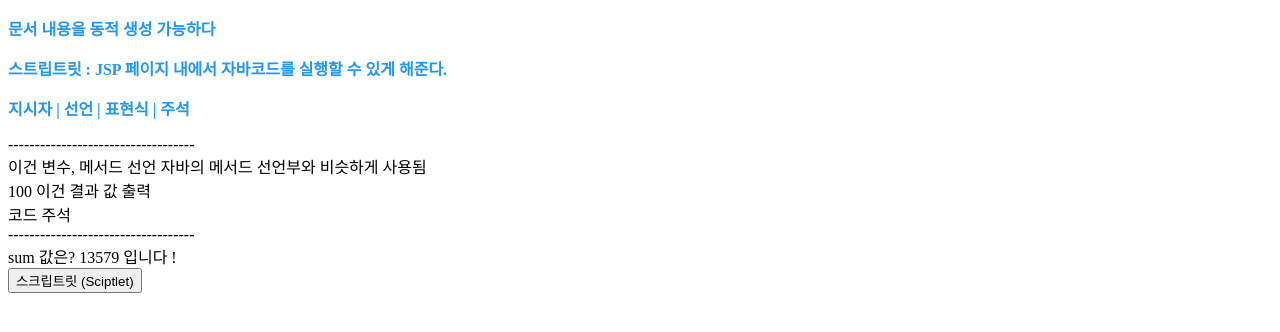
Repository: hyejux/JSP_STUDY
Page: http://localhost/JSPPractice2/JSP_ex1.jsp
These files come from the project's save history. The page is drawn as it stood at one moment and after the next save; the edit follows.
The browser window is 1280 px wide. The pictures show the whole page.
The page is served by Tomcat 9. Other server files are loaded and not shown.

Above is the page before, as saved 2025-01-07 14:49:06.

### JSPPractice2/src/main/webapp/JSP_ex1.jsp
<%@ page language="java" contentType="text/html; charset=UTF-8"
    pageEncoding="UTF-8"%>
<!DOCTYPE html>
<html>
<head>
<meta charset="UTF-8">
<title>스크립트립 소개</title>
<link rel="stylesheet" type="text/css" href="css/style.css"> </link>
</head>
<body>

<div class="info">
<p> 문서 내용을 동적 생성 가능하다 </p>
<p> 스트립트릿 : JSP 페이지 내에서 자바코드를 실행할 수 있게 해준다.</p>
<p> 지시자 | 선언 | 표현식 | 주석 </p>
</div>

<div>-----------------------------------  </div>

<div> <%-- <%@ %> 이건 페이지 속성 --%> </div>
<div> <%! int abc = 100; %> 이건 변수, 메서드 선언 자바의 메서드 선언부와 비슷하게 사용됨</div>
<div> <%= abc %> 이건 결과 값 출력 </div>
<div> <%-- 주석이지롱 --%> 코드 주석 </div>

 <div>-----------------------------------  </div>

<%
int a = 12345;
int b= 1234;
int sum = a + b ;
%>

<div> sum 값은? <%= sum %> 입니다 ! </div>

	<button type="button" onclick = "location.href='index.jsp'"> 스크립트릿 (Sciptlet) </button>

</body>
</html>

### JSPPractice2/src/main/webapp/css/style.css
.info{
	color : #2196f3;
	font-weight: bold;
}

After the next save:
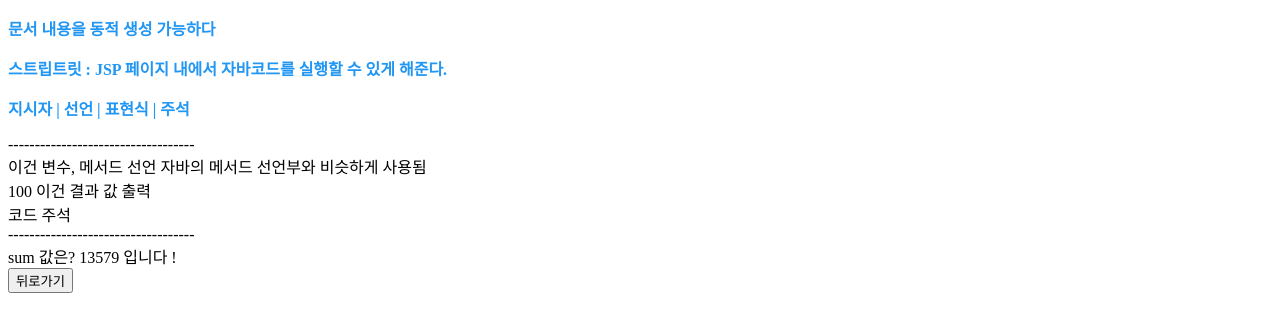
Saved 8 s later.
--- a/JSPPractice2/src/main/webapp/JSP_ex1.jsp
+++ b/JSPPractice2/src/main/webapp/JSP_ex1.jsp
@@ -32,7 +32,7 @@ int sum = a + b ;
 
 <div> sum 값은? <%= sum %> 입니다 ! </div>
 
-	<button type="button" onclick = "location.href='index.jsp'"> 스크립트릿 (Sciptlet) </button>
+	<button type="button" onclick = "location.href='index.jsp'"> 뒤로가기 </button>
 
 </body>
 </html>
